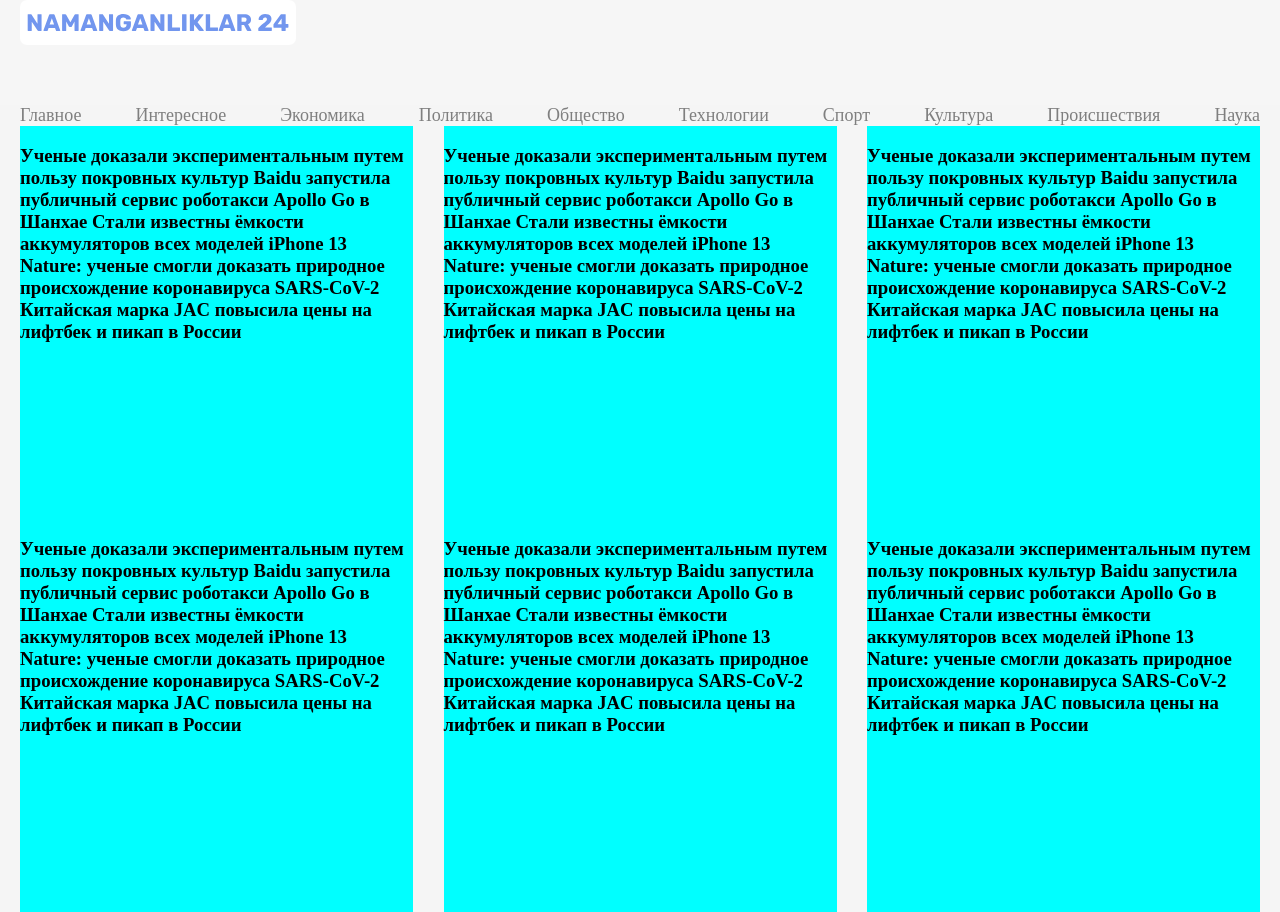
Repository: UlugbekAbdurasulov/projekt
Page: index.html
An editor plug-in stored every save of this project. The page is shown before and after the next save, followed by the edit.
The browser window is 1280 px wide. The pictures show the whole page.

Above is the page before, as saved 2023-05-29 16:35:04.

After the next save:
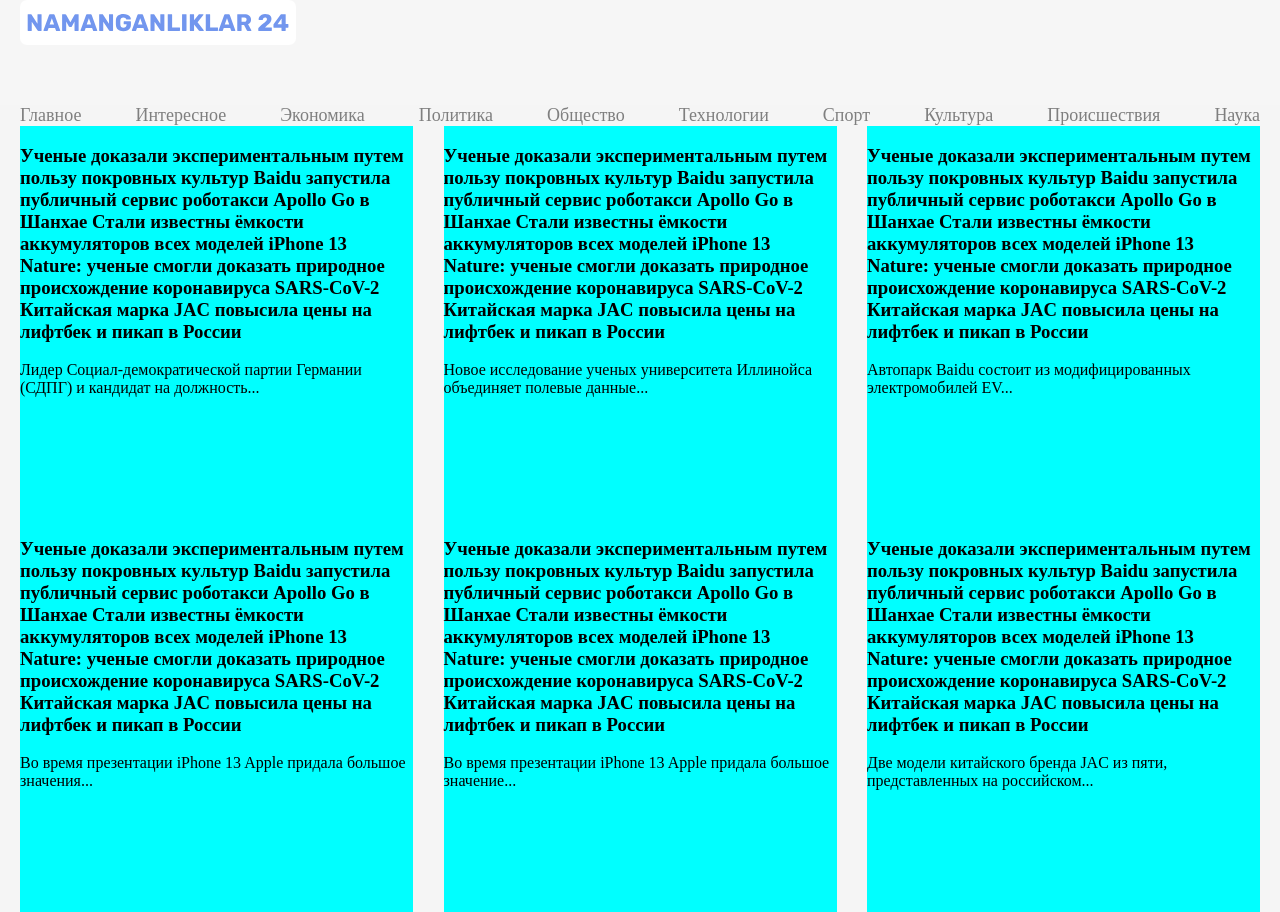
Saved 17 s later.
--- a/index.html
+++ b/index.html
@@ -42,33 +42,33 @@
 Baidu запустила публичный сервис роботакси Apollo Go в Шанхае
 Стали известны ёмкости аккумуляторов всех моделей iPhone 13
 Nature: ученые смогли доказать природное происхождение коронавируса SARS-CoV-2
-Китайская марка JAC повысила цены на лифтбек и пикап в России</h3> <p class="information-text"></p> </li>
+Китайская марка JAC повысила цены на лифтбек и пикап в России</h3> <p class="information-text">Лидер Социал-демократической партии Германии (СДПГ) и кандидат на должность...</p> </li>
             <li class="information"> <h3 class="information-footer">Ученые доказали экспериментальным путем пользу покровных культур
 Baidu запустила публичный сервис роботакси Apollo Go в Шанхае
 Стали известны ёмкости аккумуляторов всех моделей iPhone 13
 Nature: ученые смогли доказать природное происхождение коронавируса SARS-CoV-2
-Китайская марка JAC повысила цены на лифтбек и пикап в России</h3> <p class="information-text"></p> </li>
+Китайская марка JAC повысила цены на лифтбек и пикап в России</h3> <p class="information-text">Новое исследование ученых университета Иллинойса объединяет полевые данные... </p> </li>
             <li class="information"> <h3 class="information-footer">Ученые доказали экспериментальным путем пользу покровных культур
 Baidu запустила публичный сервис роботакси Apollo Go в Шанхае
 Стали известны ёмкости аккумуляторов всех моделей iPhone 13
 Nature: ученые смогли доказать природное происхождение коронавируса SARS-CoV-2
-Китайская марка JAC повысила цены на лифтбек и пикап в России</h3> <p class="information-text"></p> </li>
+Китайская марка JAC повысила цены на лифтбек и пикап в России</h3> <p class="information-text">Автопарк Baidu состоит из модифицированных электромобилей EV... </p> </li>
 
             <li class="information"> <h3 class="information-footer">Ученые доказали экспериментальным путем пользу покровных культур
 Baidu запустила публичный сервис роботакси Apollo Go в Шанхае
 Стали известны ёмкости аккумуляторов всех моделей iPhone 13
 Nature: ученые смогли доказать природное происхождение коронавируса SARS-CoV-2
-Китайская марка JAC повысила цены на лифтбек и пикап в России</h3> <p class="information-text"></p> </li>
+Китайская марка JAC повысила цены на лифтбек и пикап в России</h3> <p class="information-text">Во время презентации iPhone 13 Apple придала большое значения...</p> </li>
             <li class="information"> <h3 class="information-footer">Ученые доказали экспериментальным путем пользу покровных культур
 Baidu запустила публичный сервис роботакси Apollo Go в Шанхае
 Стали известны ёмкости аккумуляторов всех моделей iPhone 13
 Nature: ученые смогли доказать природное происхождение коронавируса SARS-CoV-2
-Китайская марка JAC повысила цены на лифтбек и пикап в России</h3> <p class="information-text"></p> </li>
+Китайская марка JAC повысила цены на лифтбек и пикап в России</h3> <p class="information-text">Во время презентации iPhone 13 Apple придала большое значение...</p> </li>
             <li class="information"> <h3 class="information-footer">Ученые доказали экспериментальным путем пользу покровных культур
 Baidu запустила публичный сервис роботакси Apollo Go в Шанхае
 Стали известны ёмкости аккумуляторов всех моделей iPhone 13
 Nature: ученые смогли доказать природное происхождение коронавируса SARS-CoV-2
-Китайская марка JAC повысила цены на лифтбек и пикап в России</h3> <p class="information-text"></p> </li>
+Китайская марка JAC повысила цены на лифтбек и пикап в России</h3> <p class="information-text">Две модели китайского бренда JAC из пяти, представленных на российском...</p> </li>
         </ul>
       </menu>
     </div>
